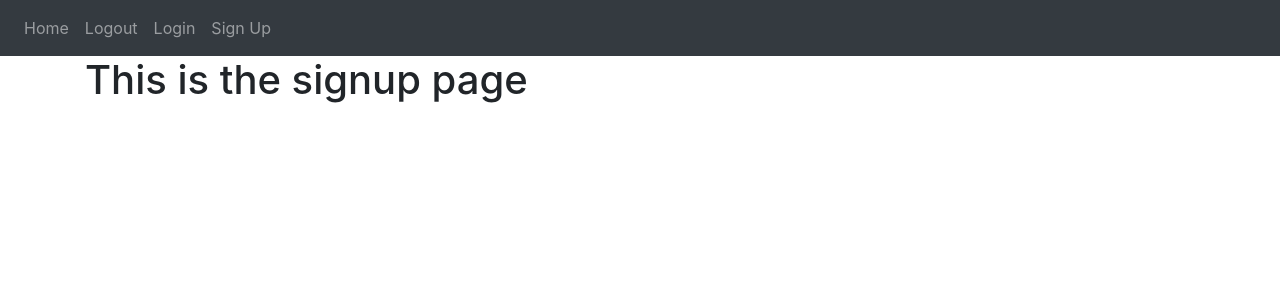
Repository: seafgomaa/userdashboard-flask
Page: http://localhost/signup
The author's editor kept a copy of each file at every save. The page is drawn from the files as they stood at one save, then again after a run of saves.
The browser window is 1280 px wide. The pictures show the whole page.
Some web libraries are served in a nearby version. The page is served by the project's application, run on Flask 3 (website/__init__.py). Other server files are loaded and not shown.

Above is the page before, as saved 2022-08-10 20:04:18.

### website/templates/signup.html
{% extends "base.html" %}
{% block title %}Login{% endblock %}
{% block content %}
<h1>This is the signup page</h1>
{% endblock %}

### website/templates/base.html
<!DOCTYPE html>
<html>

<head>
    <meta charset="utf-8" />
    <meta name="viewport" content="width=device-width, initial-scale=1" />
    <link rel="stylesheet" href="https://stackpath.bootstrapcdn.com/bootstrap/4.4.1/css/bootstrap.min.css"
        integrity="sha384-Vkoo8x4CGsO3+Hhxv8T/Q5PaXtkKtu6ug5TOeNV6gBiFeWPGFN9MuhOf23Q9Ifjh" crossorigin="anonymous" />
    <link rel="stylesheet" href="https://stackpath.bootstrapcdn.com/font-awesome/4.7.0/css/font-awesome.min.css"
        crossorigin="anonymous" />

    <title>{% block title %}Home{% endblock %}</title>
</head>

<body>
    <nav class="navbar navbar-expand-lg navbar-dark bg-dark">
        <button class="navbar-toggler" type="button" data-toggle="collapse" data-target="#navbar">
            <span class="navbar-toggler-icon"></span>
        </button>
        <div class="collapse navbar-collapse" id="navbar">
            <div class="navbar-nav">

                <a class="nav-item nav-link" id="home" href="/">Home</a>
                <a class="nav-item nav-link" id="logout" href="/logout">Logout</a>

                <a class="nav-item nav-link" id="login" href="/login">Login</a>
                <a class="nav-item nav-link" id="signUp" href="/signup">Sign Up</a>

            </div>
        </div>
    </nav>

    <div class="container">{% block content %} {% endblock %}</div>
    <script src="https://code.jquery.com/jquery-3.2.1.slim.min.js"
        integrity="sha384-KJ3o2DKtIkvYIK3UENzmM7KCkRr/rE9/Qpg6aAZGJwFDMVNA/GpGFF93hXpG5KkN"
        crossorigin="anonymous"></script>
    <script src="https://cdnjs.cloudflare.com/ajax/libs/popper.js/1.12.9/umd/popper.min.js"
        integrity="sha384-ApNbgh9B+Y1QKtv3Rn7W3mgPxhU9K/ScQsAP7hUibX39j7fakFPskvXusvfa0b4Q"
        crossorigin="anonymous"></script>
    <script src="https://maxcdn.bootstrapcdn.com/bootstrap/4.0.0/js/bootstrap.min.js"
        integrity="sha384-JZR6Spejh4U02d8jOt6vLEHfe/JQGiRRSQQxSfFWpi1MquVdAyjUar5+76PVCmYl"
        crossorigin="anonymous"></script>

    <script type="text/javascript" src="{{ url_for('static', filename='index.js') }}"></script>

</body>

</html>

### website/auth.py
from flask import Blueprint, render_template

auth = Blueprint('auth', __name__)


@auth.route('/login')
def login():
    return render_template('login.html', text=False)


@auth.route('/logout')
def logout():
    return '<p>Logout</P>'


@auth.route('/signup')
def signup():
    return render_template('signup.html')

### website/__init__.py
from flask import Flask

def create_app():
    app = Flask(__name__)
    app.config['SECRET_KEY'] = 'seaf'

    from .views import views
    from .auth import auth
    app.register_blueprint(views, url_prefix = '/')
    app.register_blueprint(auth, url_prefix='/')

    return app

Loaded but not shown: website/static/index.js (no stored copy; drawn as an empty file)

After the next 2 saves:
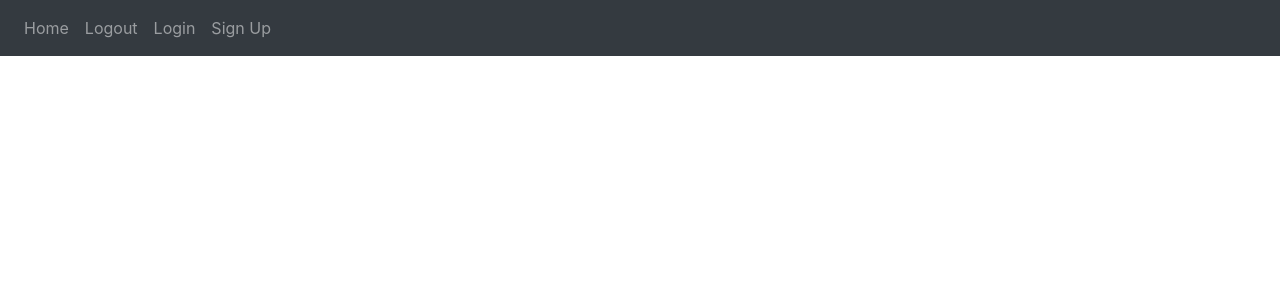
The 2 saves are shown as one change because they came seconds apart.
The last was saved 18 min 22 s later.
--- a/website/templates/signup.html
+++ b/website/templates/signup.html
@@ -1,5 +1,5 @@
 {% extends "base.html" %}
 {% block title %}Login{% endblock %}
 {% block content %}
-<h1>This is the signup page</h1>
+<fo
 {% endblock %}
